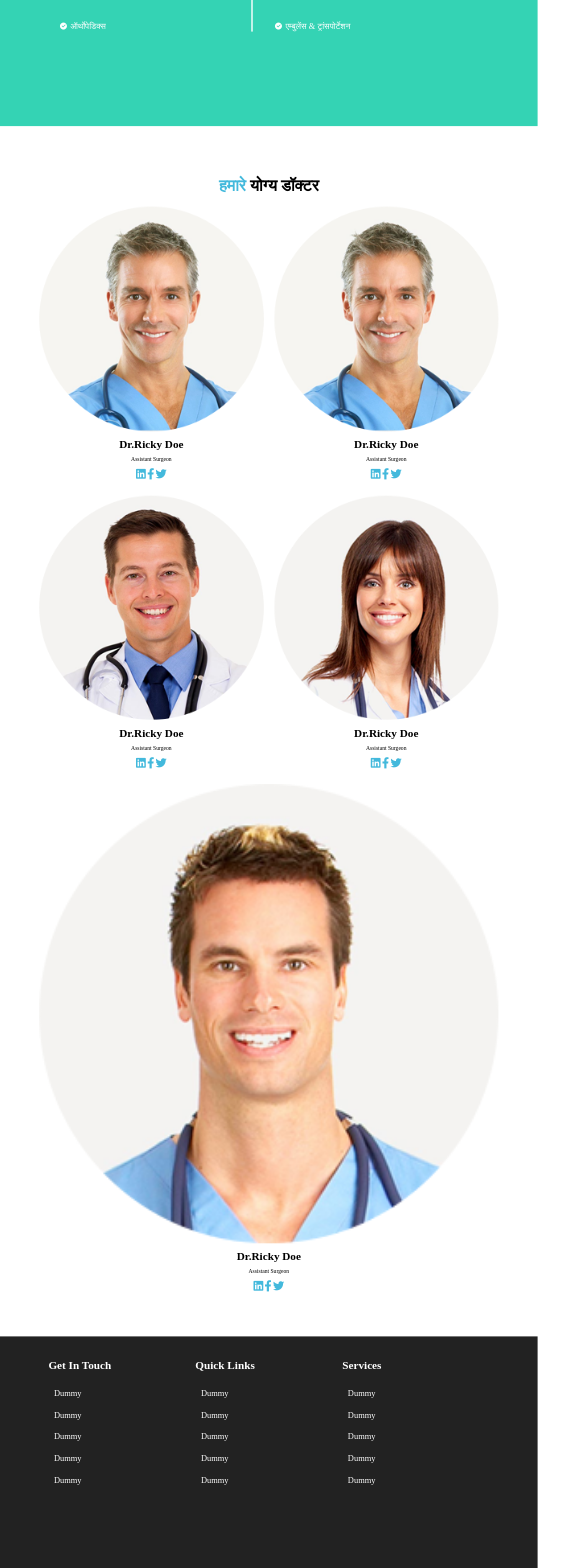
Repository: Aayush919/test
Page: index.html
An editor plug-in stored every save of this project. The page is shown before and after the next save, followed by the edit.
The browser window is 768 px wide. The page is 824 px wide, so the pictures cover 824 px, including what lies to the right of the window. The pictures show the part of the page from y = 2913 to 5153 px (the page is 5382 px tall before and 5380 px after), at 70% of full size.

Above is the page before, as saved 2023-10-15 09:08:31.

After the next save:
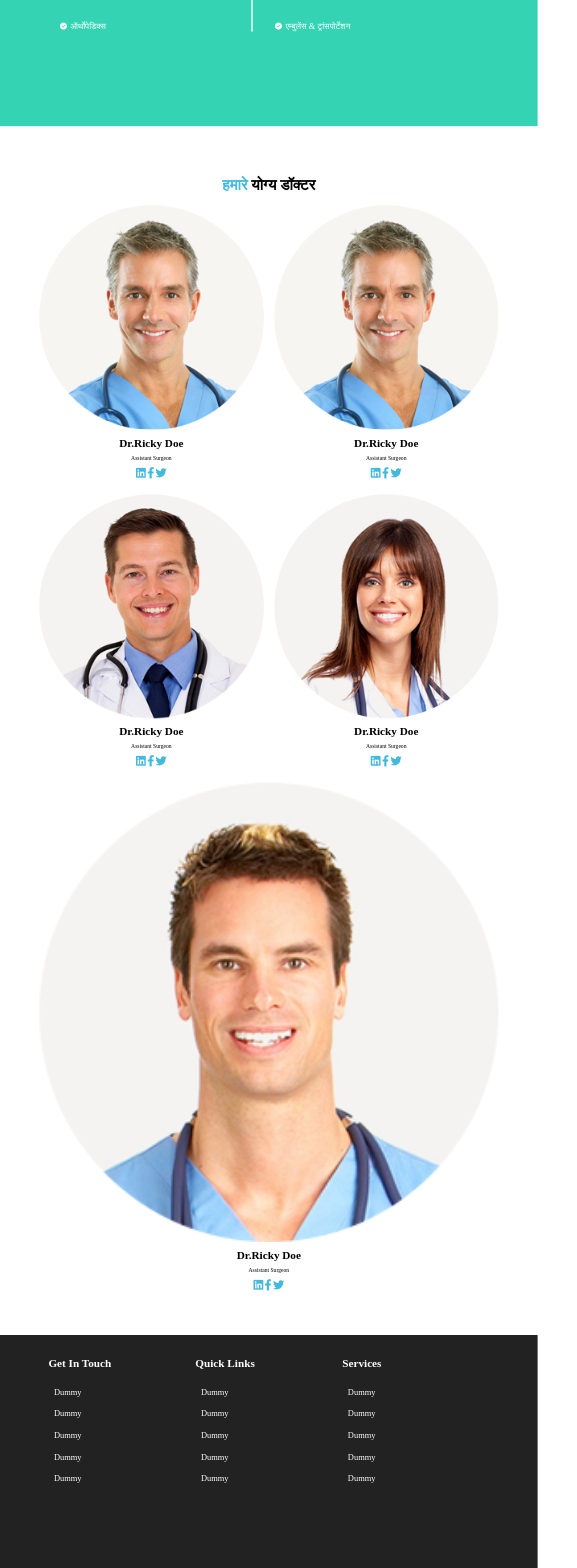
Saved 6 s later.
--- a/style.css
+++ b/style.css
@@ -352,7 +352,7 @@
 }
 .ourteam-section h2{
     padding: 2rem;
-    font-size: 2.9rem;
+    font-size: 2.7rem;
     text-align: center;
 }
 }
